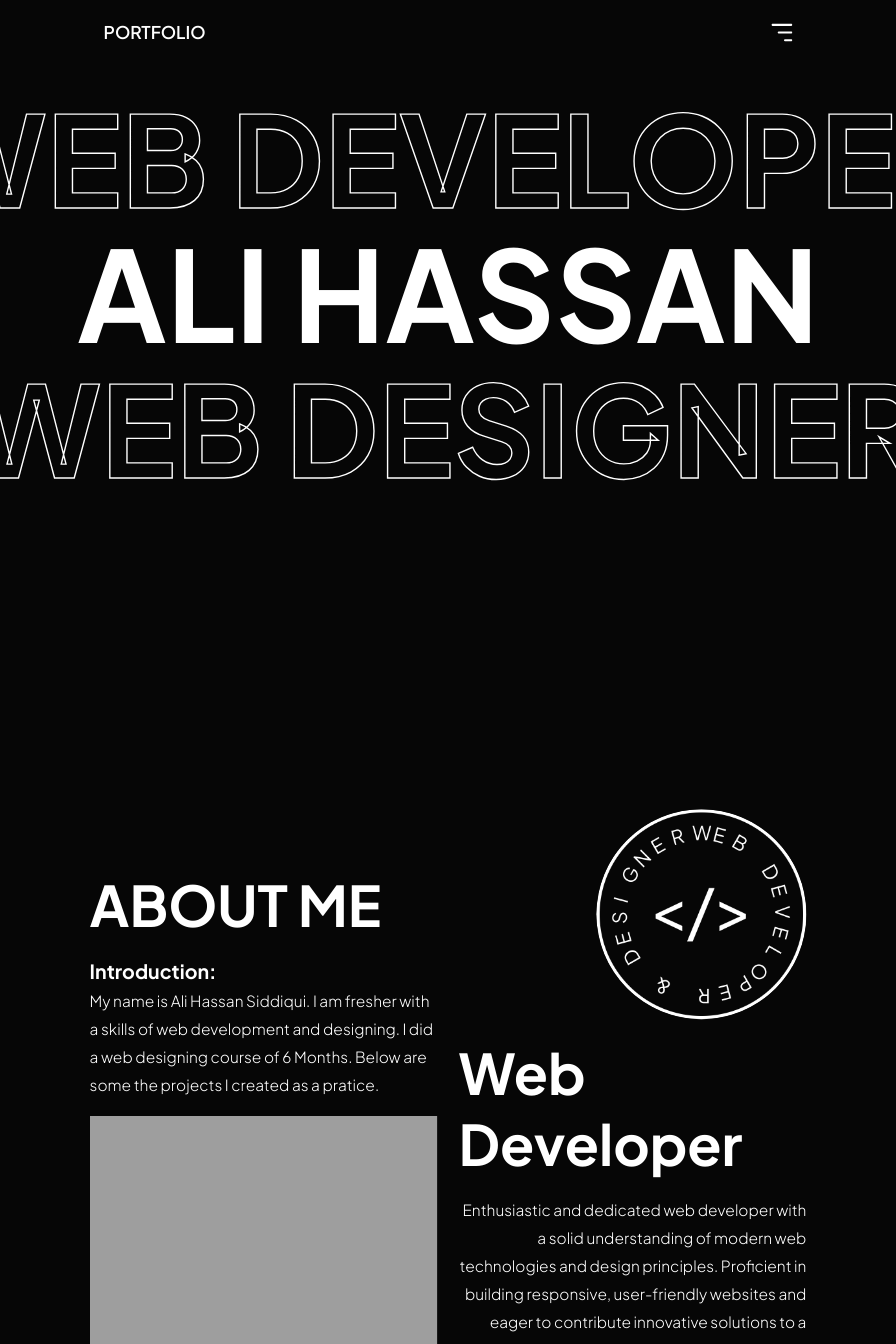
Repository: AliHassan02-Dev/PORTFOLIO
Page: / (app in Front-end/)
These files come from the project's save history. The page is drawn as it stood at one moment and after the next save; the edit follows.
The browser window is 1280 px wide. The pictures show the part of the page from y = 0 to 1920 px (the page is 3478 px tall before and 720 px after), at 70% of full size.
Pictures or frames that could not be fetched are drawn as grey boxes. The page's requests for data from a server got no answer. The project was rebuilt for these pictures with package versions that can differ from the ones it lists, and the page was loaded fresh each time. No one was signed in, and anything a server would have sent is missing. Also part of the build but not shown: Front-end/vite.config.js, Front-end/src/Pages/AllProjects.jsx, Front-end/src/Components/ProjectPreview.jsx, Front-end/src/Components/Form.jsx, Front-end/src/Pages/Login.jsx, Front-end/src/Pages/Register.jsx, Front-end/src/Pages/AdminDashboard.jsx.

Above is the page before, as saved 2024-09-01 00:58:29.

After the next save:
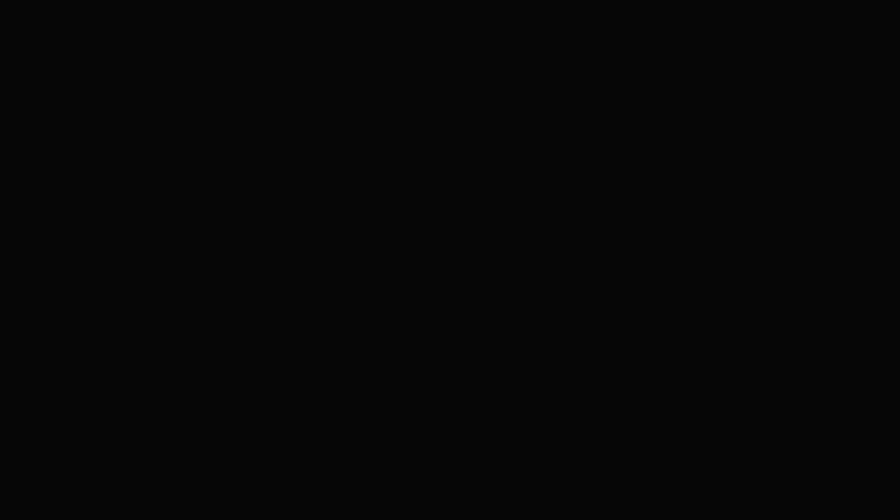
Console error: ReferenceError: data is not defined
Saved 3 min 6 s later.
--- a/Front-end/src/Components/ProjectsBox.jsx
+++ b/Front-end/src/Components/ProjectsBox.jsx
@@ -30,6 +30,8 @@
     getProjects();
   }, []);
 
+  console.log(data?.createdWith);
+
   return (
     <div className="projectsWrapper">
       {projectsData?.map((data, idx) => {

After the save that followed:
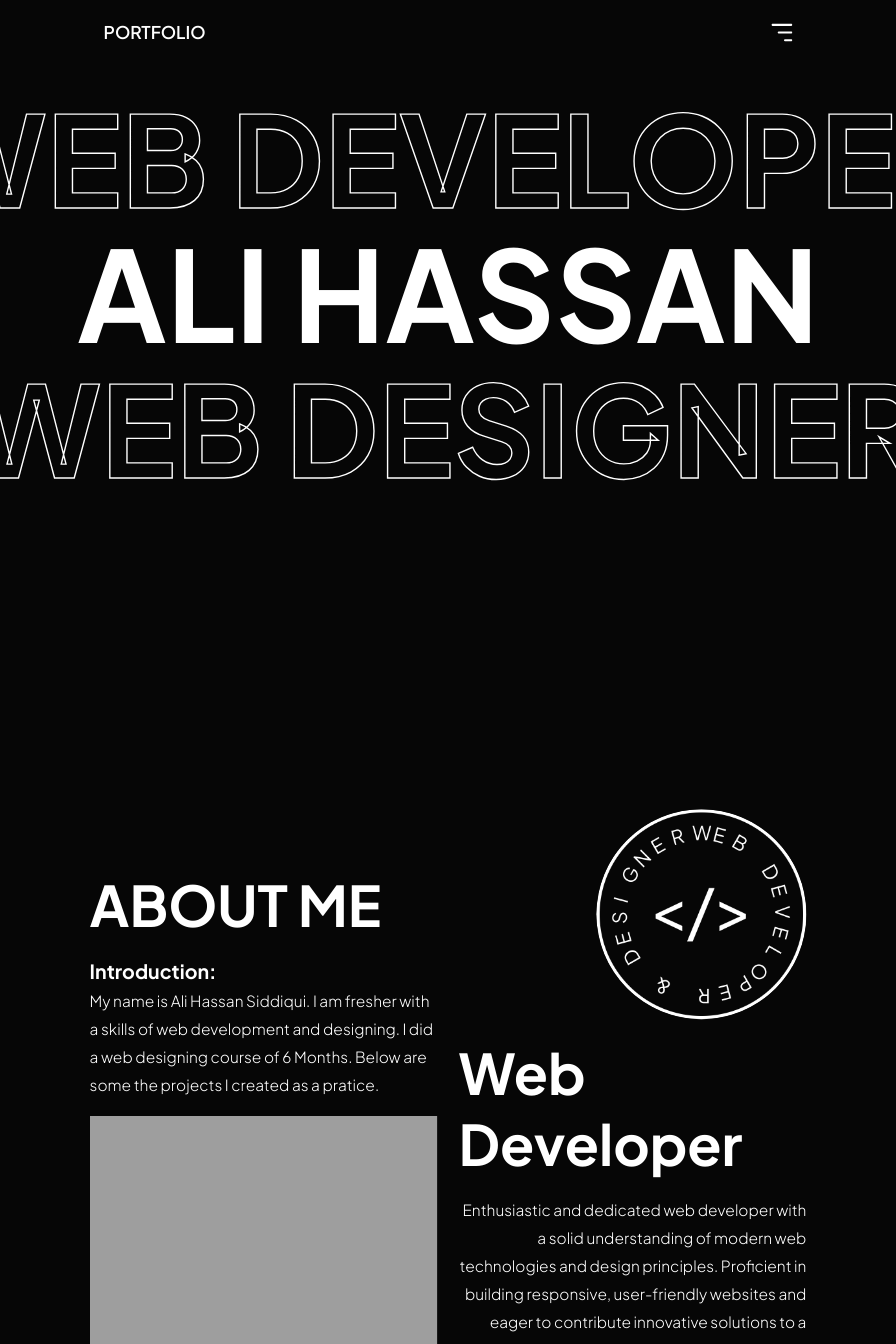
The error is gone.
Saved 11 s later.
--- a/Front-end/src/Components/ProjectsBox.jsx
+++ b/Front-end/src/Components/ProjectsBox.jsx
@@ -30,7 +30,7 @@
     getProjects();
   }, []);
 
-  console.log(data?.createdWith);
+  console.log(projectsData?.createdWith);
 
   return (
     <div className="projectsWrapper">
